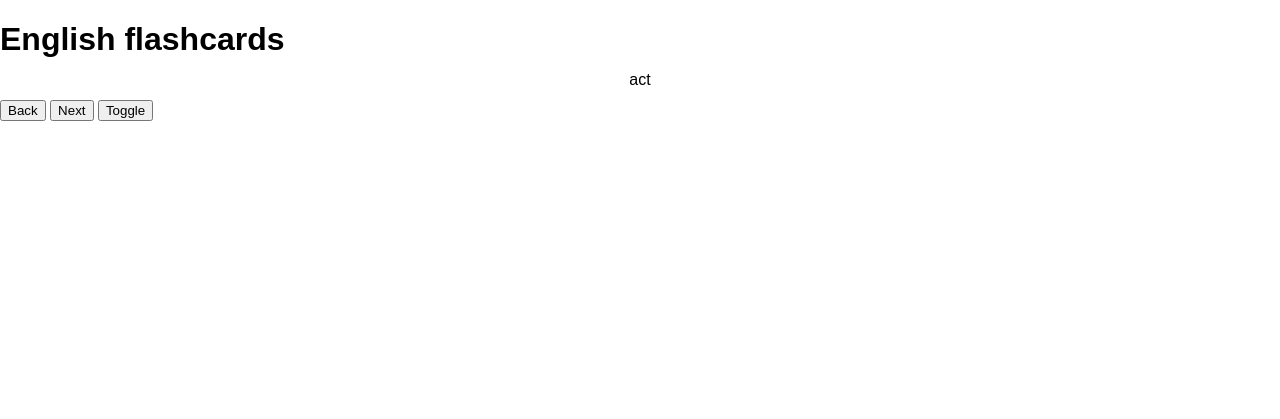
Repository: AdrianGizycki/English-Flashcards
Page: index.html
An editor plug-in stored every save of this project. The page is shown before and after a run of saves, followed by the edit.
The browser window is 1280 px wide. The pictures show the whole page.

Above is the page before, as saved 2019-09-15 15:15:42.

### index.html
<!DOCTYPE html>
<html lang="en">
<head>
    <meta charset="UTF-8">
    <meta name="viewport" content="width=device-width, initial-scale=1.0">
    <meta http-equiv="X-UA-Compatible" content="ie=edge">
    <link rel="stylesheet" type="text/css" href="style.css">
    <title>English Flashcards</title>
</head>
<body>
    <div class="mainDiv">
        <h1> English flashcards</h1>
        <div class="flip-card">
            <div class="flip-card-inner" id="rot">
                <div class="flip-card-front">
                    <div class="divContents1"></div>
                </div>
                <div class="flip-card-back">
                    <div class="divContents2"></div>
                </div>
                </div>
            <button class="btn1">Back</button>
            <button class="btn2">Next</button>
            <button class="btn3">Toggle</button>
        </div>
    </div>

    <script src="app.js" type="text/javascript"></script>
</body>
</html>

### style.css
body {
    font-family: Arial, Helvetica, sans-serif;
    height: 100%;
    padding: 0;
    margin: 0;
    box-sizing: border-box;
  }

  .main

  .flip-card {
    background-color: transparent;
    width: 300px;
    height: 300px;
    perspective: 1000px;
    border-radius: 5%;
  }

  .flip-card-inner {
    position: relative;
    width: 100%;
    height: 100%;
    text-align: center;
    transition: transform 1s;
    transform-style: preserve-3d;
    /* box-shadow: 0 4px 8px 0 rgba(0, 0, 0, 0.5); */
  }

  .flip-card:hover .flip-card-inner {
    transform: rotateY(180deg);
  }

  .flip-card-front,
  .flip-card-back {
    position: absolute;
    width: 100%;
    height: 100%;
    backface-visibility: hidden;
    display: flex;
    align-items: center;
    justify-content: center;
  }

  .flip-card-front {
    background-color: #bbb;
    color: black;
    border-radius: 5%;
  }

  .flip-card-back {
    background-color: #2980b9;
    color: white;
    transform: rotateY(180deg);
    border-radius: 5%;
  }

  .btn1,
  .btn2,
  .btn3 {
      margin-top: 20px;
  }

### app.js
const englishWords = ['above', 'across', 'act',]
const polishWords = ['powyżej / nad / u góry', 'przez coś', 'akt / czyn / działanie']
if (englishWords !== polishWords) {
    console.log('ok')
} else {
    console.log('not ok')
}
// const englishWords = ['above', 'across', 'act', 'ahead', 'along',]
//  'among', 'amount', 'any', 'anyone', 'appear', 'approach', 'arms', 'around', 'art', 'as', 'attack', 'attempt', 'august', 'autumn', 'away', 'base', 'bear', 'become', 'began', 'beginning', 'behind', 'believe', 'belong', 'below', 'beyound', 'bill', 'bit', 'block', 'blood', 'blow', 'board', 'bottom', 'branch', 'break', 'bridge', 'bright', 'building', 'burn', 'capital', 'carry', 'case', 'cause', 'central', 'centre', 'century', 'certain', 'certainly', 'claim', 'coat', 'common', 'complete', 'concern', 'conditio', 'consider', 'continue', 'control', 'corner', 'count'];
// const polishWords = ['powyżej / nad / u góry', 'przez coś', 'akt / czyn / działanie', 'przed', 'wzdłuż', 'między / pośród', 'ilość', 'jakikolwiek', 'nikt', 'pojawić się', 'podejście', 'herb / uzbrojony', 'wokół / dookoła / w pobliżu', 'sztuka', 'jako/ tak jak', 'atak', 'próba', 'sierpień', 'jesień', 'od /daleko / z dala / z daleka', 'podstawa', 'niedźwiedź', 'zostać', 'rozpoczął', 'początek', 'za / z tyłu', 'wierzyć', 'należeć', 'poniżej', 'poza', 'za (czymś)', 'po drugiej stronie (czegoś)', 'dalej', 'projekt ustawy', 'rachunek', 'kawałek', 'klocek', 'krew', 'cios / dmuchać / wiać', 'deska', 'dolny', 'oddział / gałąź / rozgałęzienie', 'most', 'jasny', 'budynek', 'oparzenie', 'stolica', 'nieść', 'przypadek / walizka', 'przyczyna / powód', 'centralny / środkowy', 'środek', 'wiek', 'pewny', 'rzeczywiście / z pewnością / na pewno', 'roszczenie', 'sierść / powlekać / płaszcz / okrywać cienką warstwą', 'pospolity', 'cały / całkowity / pełny', 'troska', 'warunek', 'rozważać', 'kontynuować', 'kontrola', 'róg / narożnik', 'liczba / liczyć się']
const divContents1 = document.querySelector(".divContents1");
const divContents2 = document.querySelector(".divContents2");
const btnBeck = document.querySelector(".btn1");
const btnNext = document.querySelector(".btn2");
const btnToggle = document.querySelector(".btn3");
const visCard = document.querySelector(".flip-card-front");
const unvisCard = document.querySelector(".flip-card-back");
const flipCard = document.querySelector('#rot');
const max = englishWords.length;
const min = 0


var counter = Math.floor(Math.random() * (max - min)) + min;
console.log(counter);
divContents1.innerText = englishWords[counter];
divContents2.innerText = polishWords[counter];


btnNext.addEventListener('click', function(){
    if (counter === max - 1) {
        counter = -1;
    }
    counter++;
  divContents1.innerText = englishWords[counter];
  divContents2.innerText = polishWords[counter];
  console.log(counter);

});

btnBeck.addEventListener('click', function(){
  counter--;
  if (counter === -1) {
    counter = max - 1;
  }
  divContents1.innerText = englishWords[counter];
  divContents2.innerText = polishWords[counter];
  console.log(counter);

});

// flipCard.addEventListener('click', () => {
//     console.log("test");
//     flipCard.
// });

After the next 2 saves:
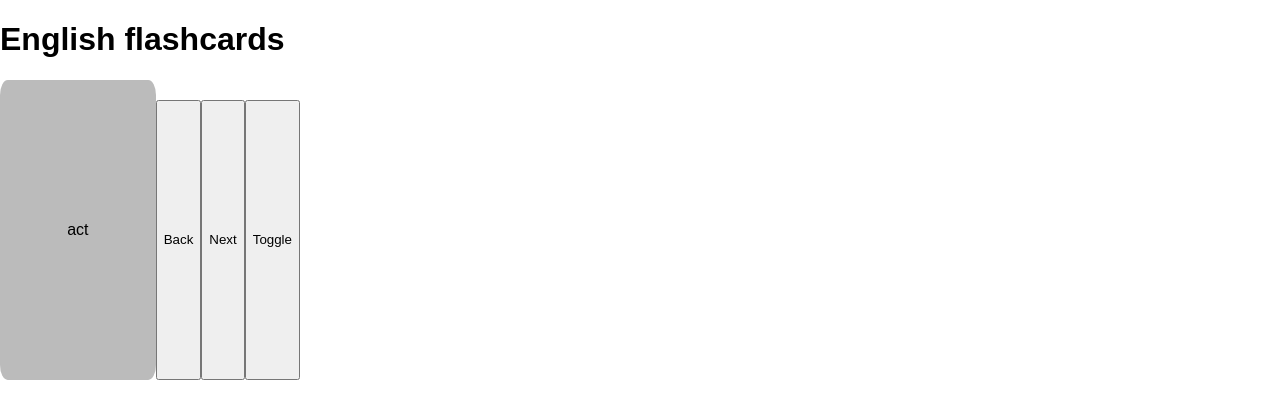
The 2 saves are shown as one change because they came seconds apart.
The last was saved 39 s later.
--- a/style.css
+++ b/style.css
@@ -6,14 +6,15 @@ body {
     box-sizing: border-box;
   }
 
-  .main
-
   .flip-card {
     background-color: transparent;
     width: 300px;
     height: 300px;
     perspective: 1000px;
     border-radius: 5%;
+    display: flex;
+    justify-content: center;
+    justify-items: center;
   }
 
   .flip-card-inner {
